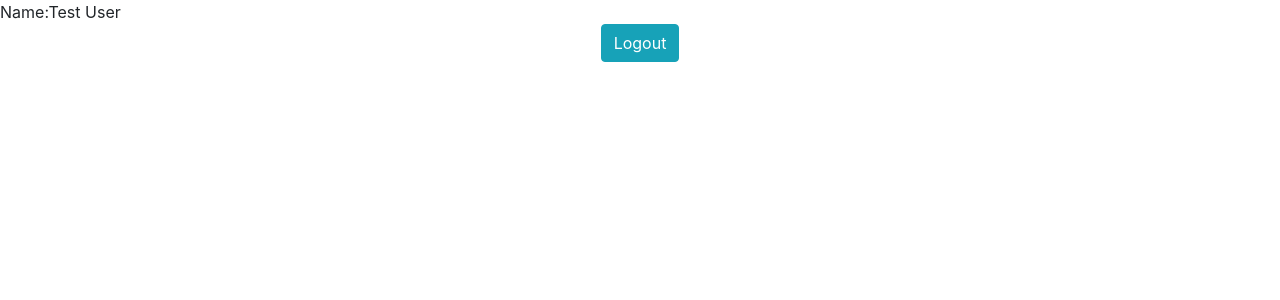
Repository: sindurup/Phase2Project
Page: http://localhost/LearnersAcademyPro/classInfo.jsp
The author's editor kept a copy of each file at every save. The page is drawn from the files as they stood at one save, then again after the next save.
The browser window is 1280 px wide. The pictures show the whole page.
Some web libraries are served in a nearby version. The page is served by Tomcat 9. The session is filled in as if someone had signed in: {"uname": "Test User", "pw": 1}. Other server files are loaded and not shown.

Above is the page before, as saved 2021-09-27 10:51:46.
Console error: TypeError: Cannot read properties of undefined (reading 'fn')

### LearnersAcademyPro/src/main/webapp/classInfo.jsp
<%@ page language="java" contentType="text/html; charset=ISO-8859-1"
    pageEncoding="ISO-8859-1"%>
<!DOCTYPE html>
<html>
<link href="//maxcdn.bootstrapcdn.com/bootstrap/4.1.1/css/bootstrap.min.css" rel="stylesheet" id="bootstrap-css">
<script src="//maxcdn.bootstrapcdn.com/bootstrap/4.1.1/js/bootstrap.min.js"></script>
<script src="//cdnjs.cloudflare.com/ajax/libs/jquery/3.2.1/jquery.min.js"></script>
<head>
<meta charset="ISO-8859-1">
<title>Learners Academy</title>
</head>
<body>


<%
response.setHeader("Cache-Control","no-cache,no-store,must-revalidate");
HttpSession session1=request.getSession();
out.println("Name:"+session.getAttribute("uname"));

    if(session.getAttribute("uname")==null)
    {

    	 response.sendRedirect("login.jsp");
    }
%>

   <div class="form-group" align="center" >

     <input type="submit" name="submit" class="btn btn-info btn-md" value="Logout">
                            </div>
    <div id="login">
        <h3 class="text-center text-white pt-5">Login form</h3>

        <div class="container">

            <div id="login-row" class="row justify-content-center align-items-center">
                <div id="login-column" class="col-md-6">
                    <div id="login-box" class="col-md-12">
                        <form id="login" class="form" action="login" method="post">

                            <div class="form-group">

                            </div>
                            <div class="form-group">

                            </div>


                        </form>
                    </div>
                </div>
            </div>
        </div>
    </div>
</body>
</html>

After the next save:
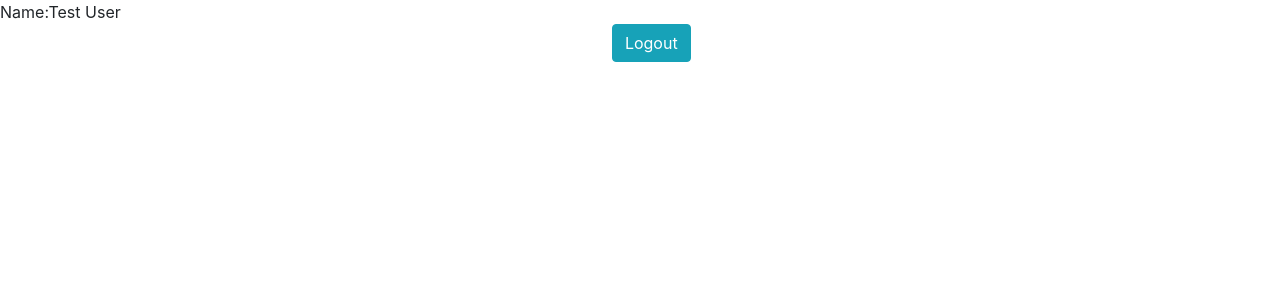
Saved 77 s later.
--- a/LearnersAcademyPro/src/main/webapp/classInfo.jsp
+++ b/LearnersAcademyPro/src/main/webapp/classInfo.jsp
@@ -26,7 +26,7 @@ out.println("Name:"+session.getAttribute("uname"));
 
    <div class="form-group" align="center" >
 
-     <input type="submit" name="submit" class="btn btn-info btn-md" value="Logout">
+    &nbsp;&nbsp;&nbsp;&nbsp; <input type="submit" name="submit" class="btn btn-info btn-md" value="Logout">
                             </div>
     <div id="login">
         <h3 class="text-center text-white pt-5">Login form</h3>
